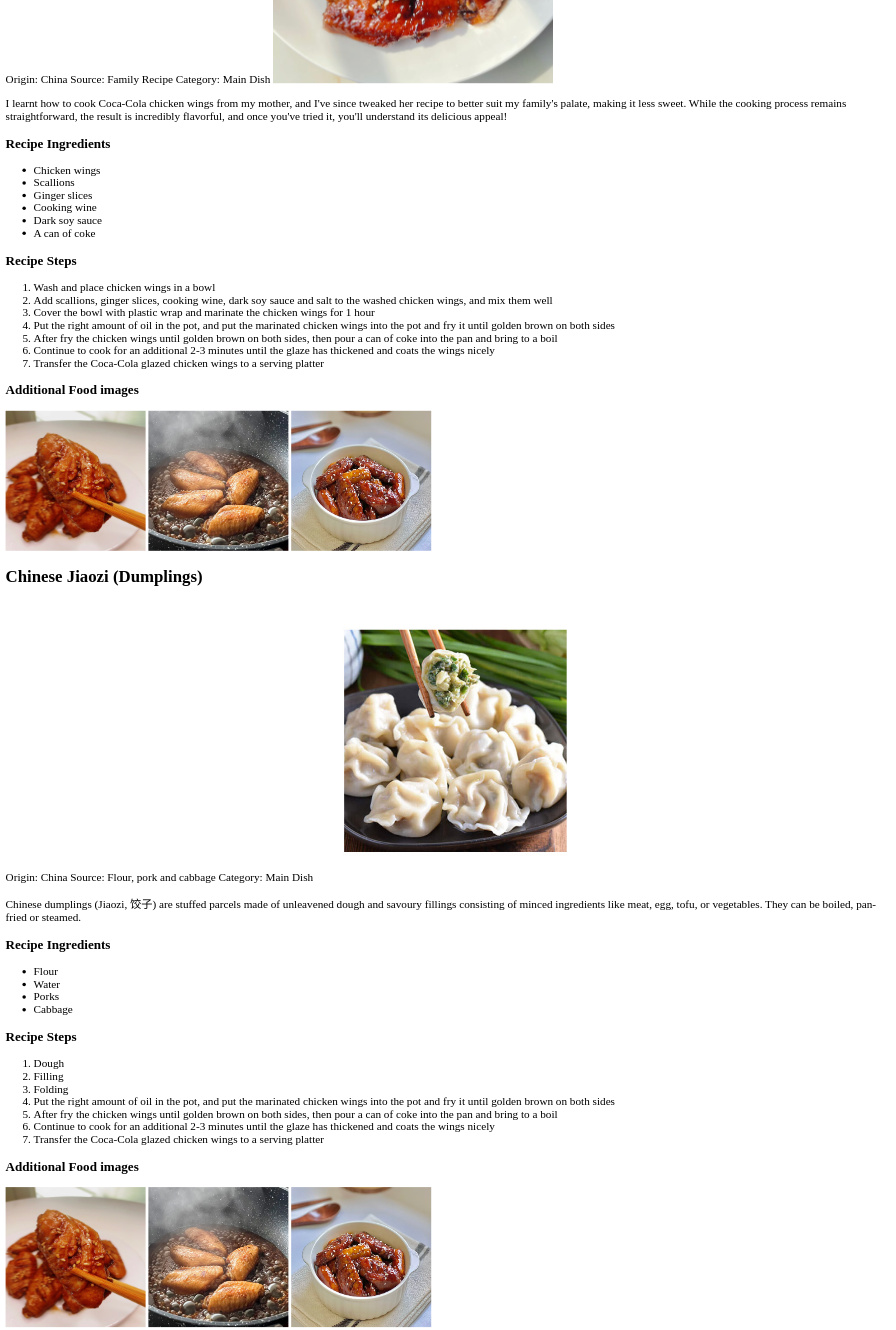
Repository: lulyany/starter_html
Page: recipes.html
An editor plug-in stored every save of this project. The page is shown before and after the next save, followed by the edit.
The browser window is 1280 px wide. The pictures show the part of the page from y = 567 to 2467 px (the page is 3578 px tall), at 70% of full size.
A picture or video elsewhere on the page could not be fetched, so the positions and the page height are approximate.

Above is the page before, as saved 2023-09-16 00:53:56.

After the next save:
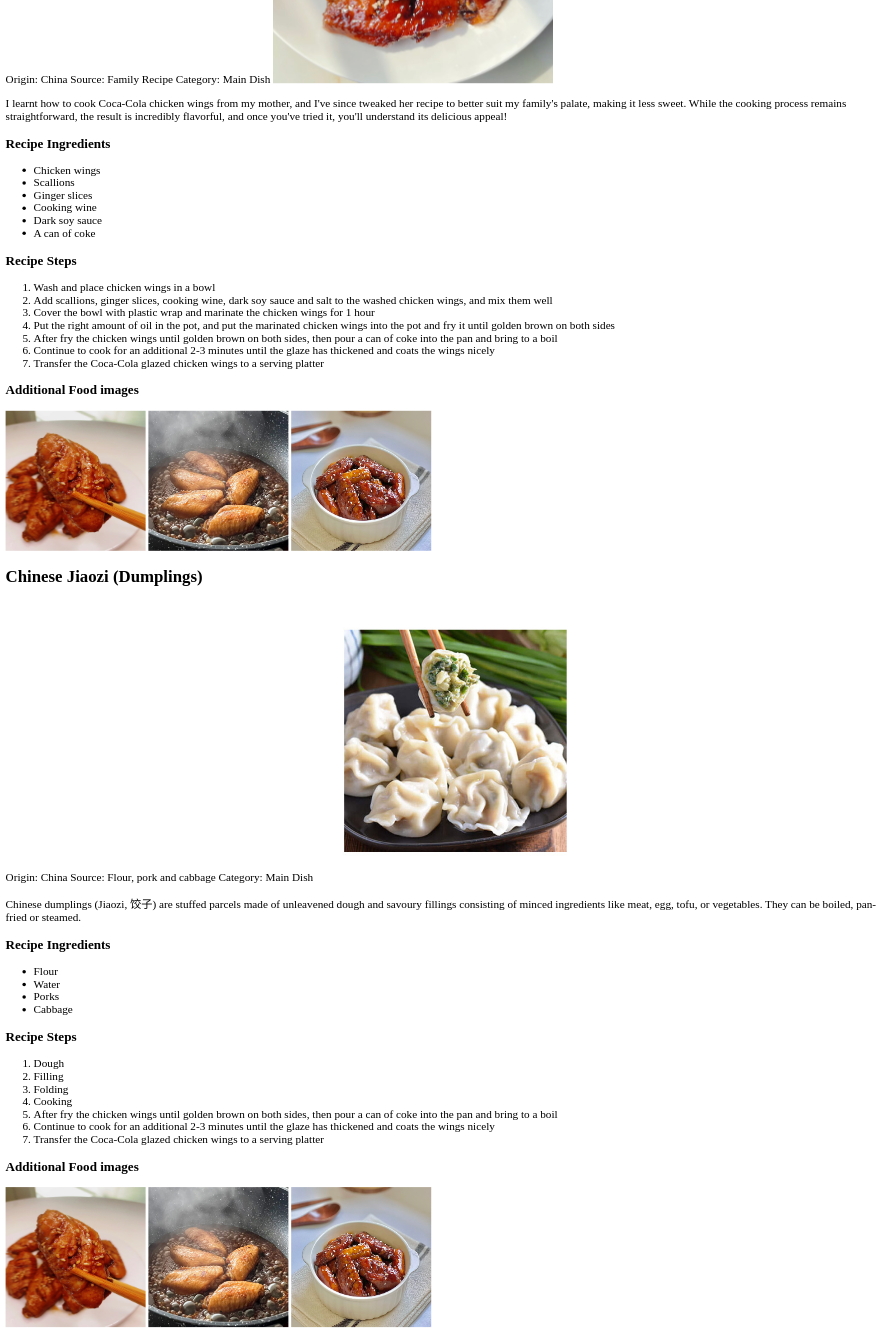
Saved 6 s later.
--- a/recipes.html
+++ b/recipes.html
@@ -82,7 +82,7 @@
                 <li>Dough</li>
                 <li>Filling</li>
                 <li>Folding</li>
-                <li>Put the right amount of oil in the pot, and put the marinated chicken wings into the pot and fry it until golden brown on both sides</li>
+                <li>Cooking</li>
                 <li>After fry the chicken wings until golden brown on both sides, then pour a can of coke into the pan and bring to a boil</li>
                 <li>Continue to cook for an additional 2-3 minutes until the glaze has thickened and coats the wings nicely</li>
                 <li>Transfer the Coca-Cola glazed chicken wings to a serving platter</li>
